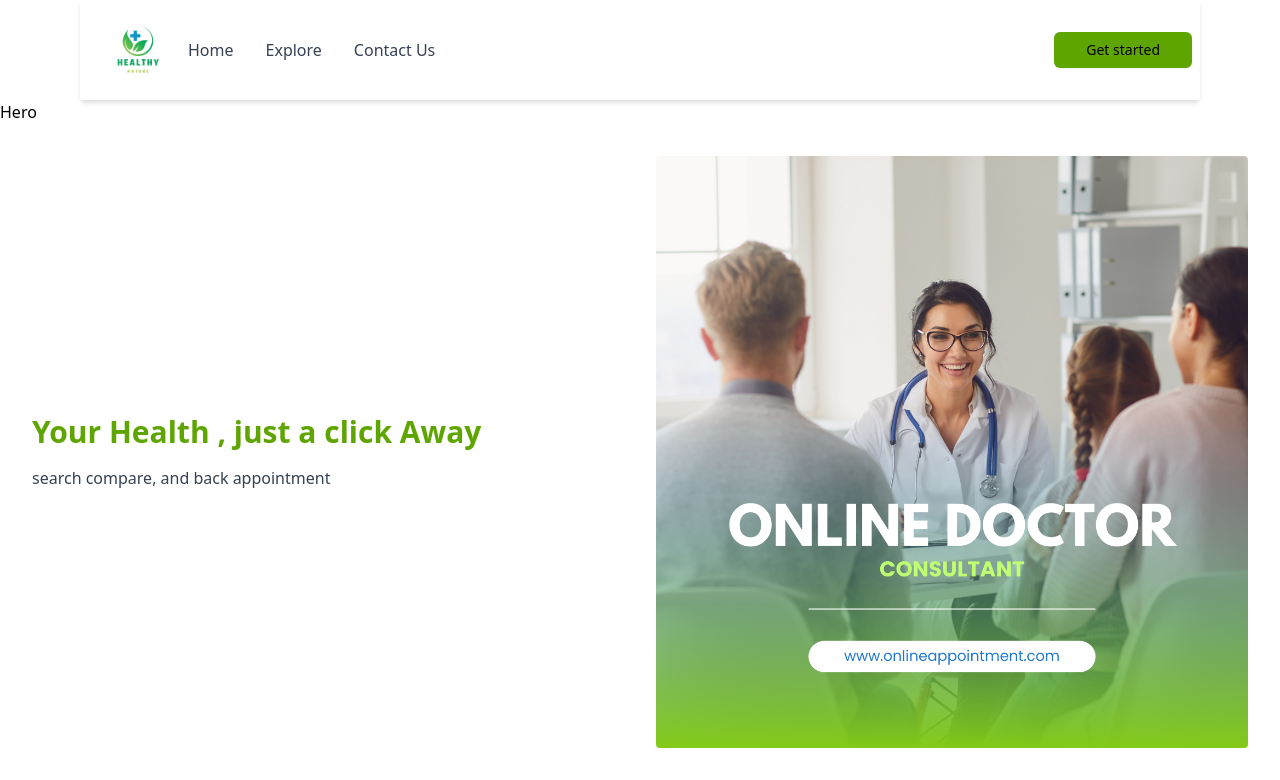
Repository: Muyassar-Mamdoh-Salem/appooinetment_app_frontend
Page: /
An editor plug-in stored every save of this project. The page is shown before and after a run of saves, followed by the edit.
The browser window is 1280 px wide. The pictures show the whole page.
The project was rebuilt for these pictures with package versions that can differ from the ones it lists, and the page was loaded fresh each time. The framework's server and built-in components were replaced by stand-ins that run in the browser. Also part of the build but not shown: next.config.mjs.

Above is the page before, as saved 2025-07-03 15:21:31.

After the next 7 saves:
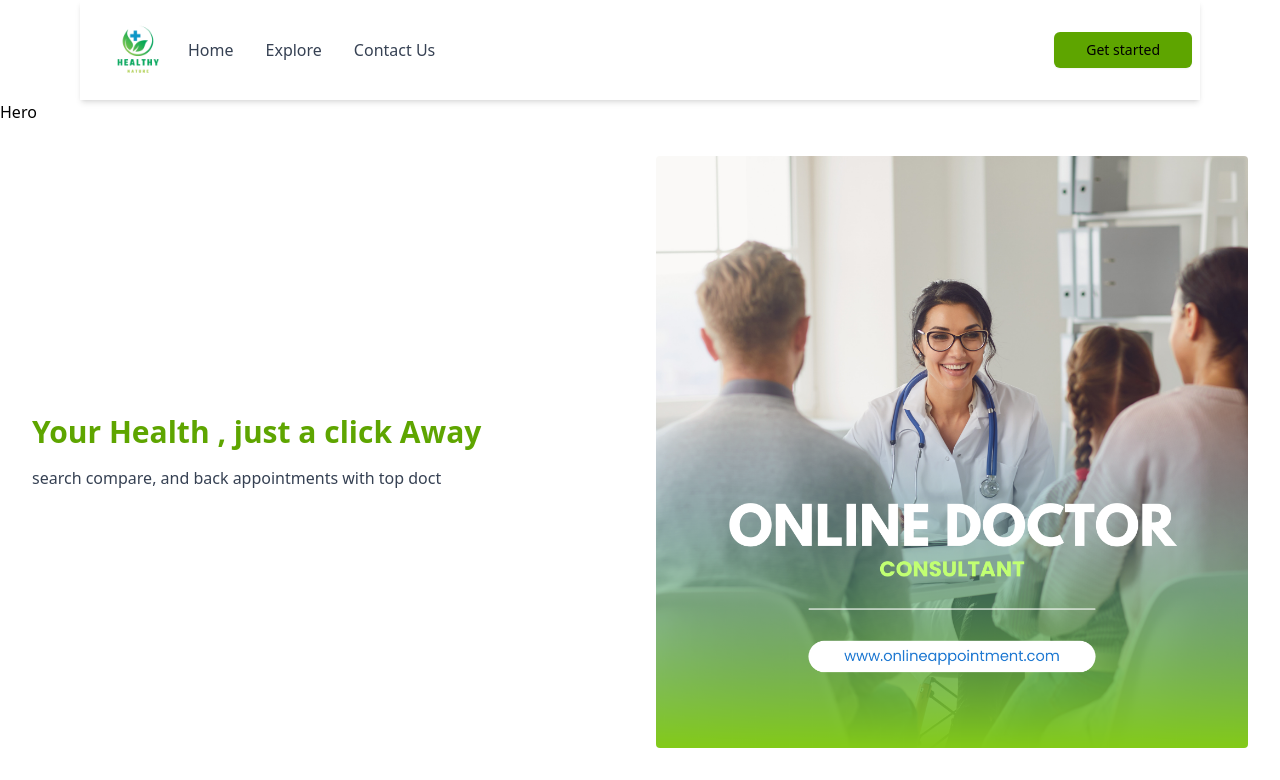
The 7 saves are shown as one change because they came seconds apart.
The last was saved 21 s later.
--- a/app/_compnents/Hero.jsx
+++ b/app/_compnents/Hero.jsx
@@ -13,7 +13,7 @@ function Hero() {
           </h2>
 
           <p className="mt-4 text-gray-700">
-           search compare, and back appointment
+           search compare, and back appointments with top doct
           </p>
         </div>
       </div>
